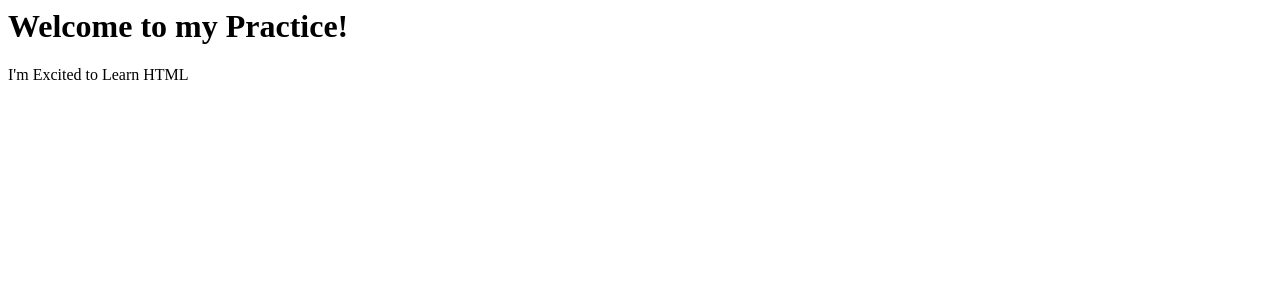
Repository: MonwarAdeeb/Bista_Solutions
Page: HTML & CSS/HTML/Level One/005. Assessment.html
These files come from the project's save history. The page is drawn as it stood at one moment and after the next save; the edit follows.
The browser window is 1280 px wide. The pictures show the whole page.

Above is the page before, as saved 2021-05-19 15:16:20.

After the next save:
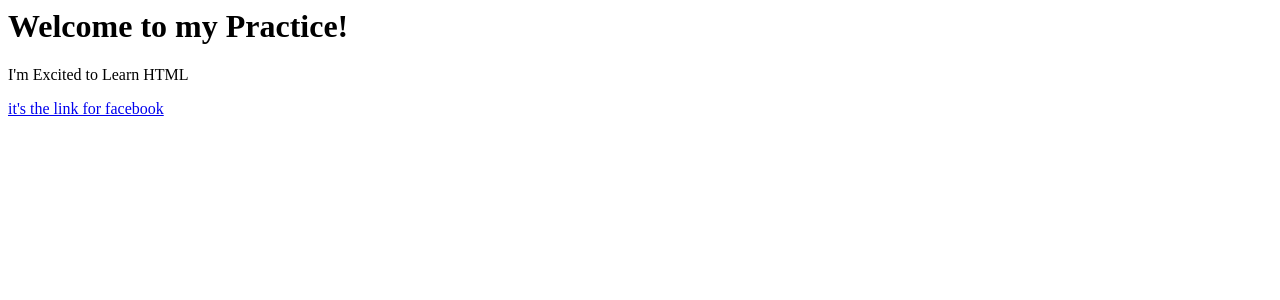
Saved 14 s later.
--- a/HTML & CSS/HTML/Level One/005. Assessment.html
+++ b/HTML & CSS/HTML/Level One/005. Assessment.html
@@ -11,7 +11,7 @@
     <p>I'm Excited to Learn HTML</p>
 
     <a href="https://www.facebook.com">
-
+        it's the link for facebook
     </a>
 
 </body>
